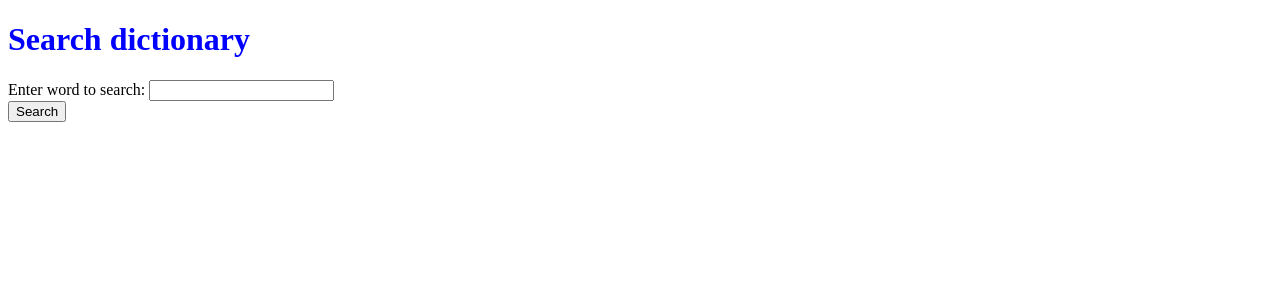
Repository: SnoW246/DS-Asynchronous-RMI-Dictionary-Service
Page: http://localhost/job-server/webApp.jsp
The author's editor kept a copy of each file at every save. The page is drawn from the files as they stood at one save, then again after the next save.
The browser window is 1280 px wide. The pictures show the whole page.
The page is served by Tomcat 9. Other server files are loaded and not shown.

Above is the page before, as saved 2017-12-22 22:57:42.

### job-server/WebContent/webApp.jsp
<%@ page language="java" contentType="text/html; charset=ISO-8859-1"
  pageEncoding="ISO-8859-1"%>
<!DOCTYPE html PUBLIC "-//W3C//DTD HTML 4.01 Transitional//EN" "http://www.w3.org/TR/html4/loose.dtd">
<html>
<head>
<meta http-equiv="Content-Type" content="text/html; charset=ISO-8859-1">
<title>dictionary</title>
</head>
<body>


<h1 style="color:blue;">Search dictionary</h1>
<form action="lookup" method="post">
<div class="form-group">
  <label>Enter word to search:</label>
  <input type="text" class="form-control" name="word">
</div>

<div class="form-group">
  <button class="btn btn-success" type="submit">Search</button>
</div>

</form>

<div class="alert alert-success">
   		${messages.description}
	</div>

</body>
</html>

After the next save:
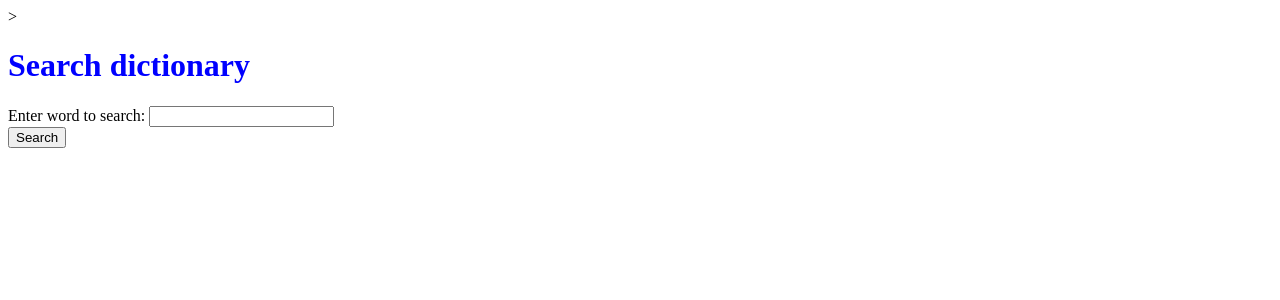
Not found: job-server/job-server/bckgroundImg.jpg
Saved 2 min 48 s later.
--- a/job-server/WebContent/webApp.jsp
+++ b/job-server/WebContent/webApp.jsp
@@ -6,7 +6,7 @@
 <meta http-equiv="Content-Type" content="text/html; charset=ISO-8859-1">
 <title>dictionary</title>
 </head>
-<body>
+<body background="bckgroundImg.jpg">>
 
 
 <h1 style="color:blue;">Search dictionary</h1>

After the save that followed:
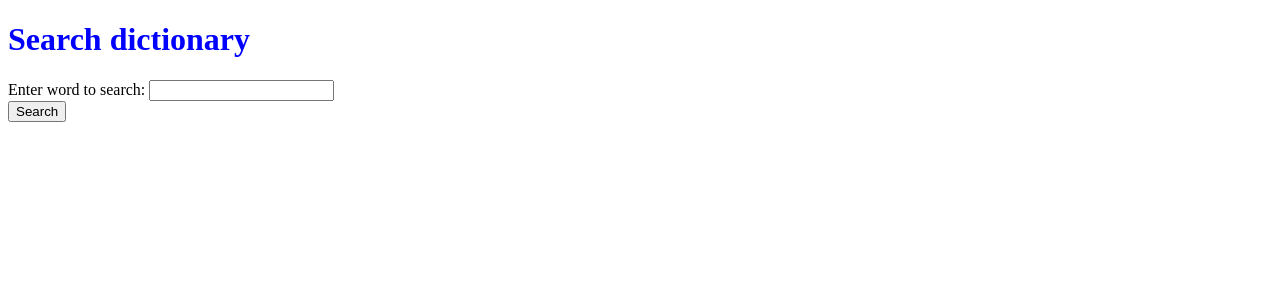
Saved 12 s later.
--- a/job-server/WebContent/webApp.jsp
+++ b/job-server/WebContent/webApp.jsp
@@ -6,7 +6,7 @@
 <meta http-equiv="Content-Type" content="text/html; charset=ISO-8859-1">
 <title>dictionary</title>
 </head>
-<body background="bckgroundImg.jpg">>
+<body background="bckgroundImg.jpg">
 
 
 <h1 style="color:blue;">Search dictionary</h1>
